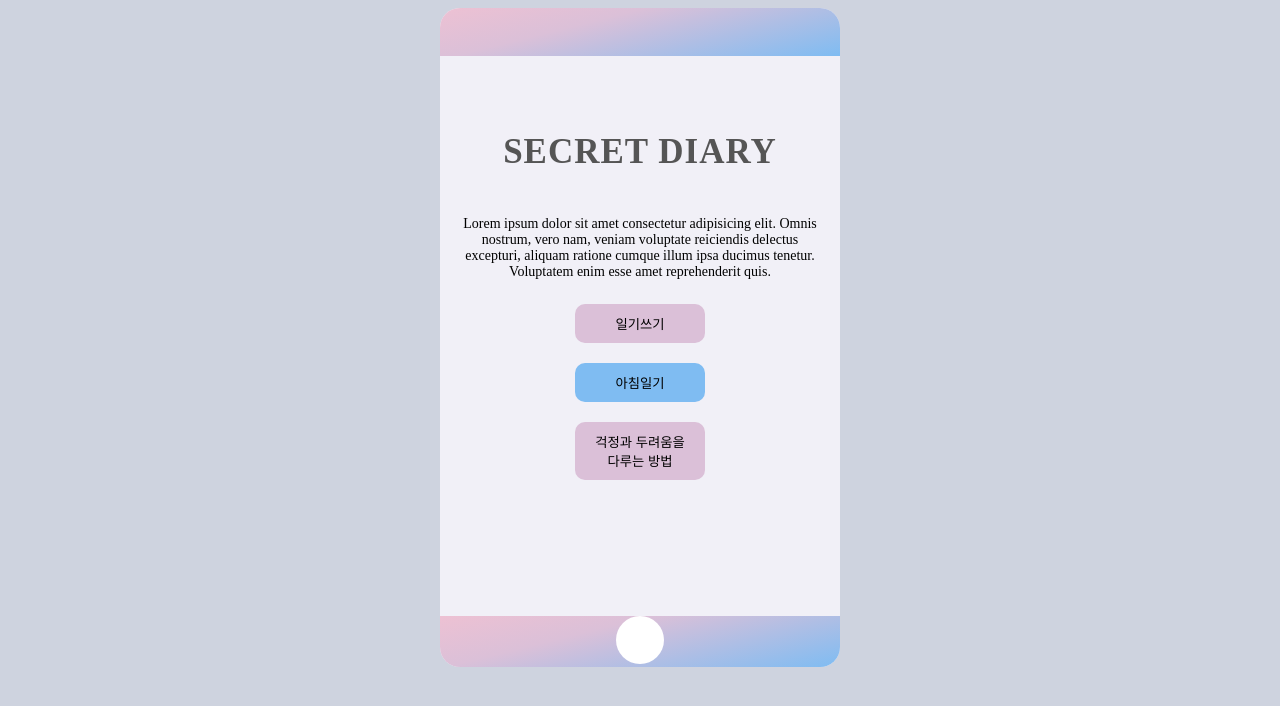
Repository: jinhee196/diary
Page: index.html
The author's editor kept a copy of each file at every save. The page is drawn from the files as they stood at one save, then again after the next save.
The browser window is 1280 px wide. The pictures show the whole page.

Above is the page before, as saved 2021-06-04 13:53:43.

### index.html
<!DOCTYPE html>
<html lang="ko">
<head>
    <meta charset="UTF-8">
    <meta http-equiv="X-UA-Compatible" content="IE=edge">
    <meta name="viewport" content="width=device-width, initial-scale=1.0">
    <title>secret Note</title>
    <link rel="stylesheet" href="style.css">
</head>
<body>
  <div class="container">
      <header class="header"></header>

      <section id="main">
        <h1 class="title">SECRET DIARY</h1>
        <p class="main__desc">Lorem ipsum dolor sit amet consectetur adipisicing elit.
           Omnis nostrum, vero nam, veniam voluptate reiciendis delectus excepturi,
          aliquam ratione cumque illum ipsa ducimus tenetur. Voluptatem enim esse amet reprehenderit quis.</p>
        <button class="note1">일기쓰기</button>
        <button class="note2">아침일기</button>
        <button class="note3">걱정과 두려움을 <br>다루는 방법</button>
      </section>

      <section id="morning">
        <p class="desc">Lorem ipsum dolor sit amet, </p>
        <ul class="items">
          <li class="item">test</li>
          <li class="item-sub">subtest</li>
          <li class="item">test</li>
          <li class="item">글자수에 따라 컨텐츠너비 변하겐</li>
          <li class="item-sub">subtest</li>
          <li class="item-sub">subtest</li>
          <li class="item">가변길이</li>
          <li class="item-sub">subtest</li>
          <li class="item-sub">subtest</li>
          <li class="item-sub">subtest</li>
        </ul>
        <div class="message">
        <input type="text" class="footer__input" />
        <button class="footer__submit">보내기</button>
        </div>
    </section>

    <footer class="footer">

      <button class="footer__button">
         <i class="fas fa-plus"></i>
       </button>
     </footer>
  </div>
</body>
</html>

### style.css
* {
  box-sizing: border-box;
}
ul {
  padding: 0;
}

button {
  outline: none;
  background: transparent;
  border: none;
  cursor: pointer;
}
body {
  background-color: #ced3df;
  text-align: center;
}

section {
  height: 560px;
}
.container {
  width: 400px;
  margin: auto;
  background-color: #f1f0f7;
  border-radius: 20px;
}

.header {
  height: 48px;
  padding: 8px;
  font-size: 24px;
  background: rgba(237, 193, 211);

  background: linear-gradient(
    166deg,
    rgba(237, 193, 211, 1) 0%,
    rgba(219, 192, 216, 1) 35%,
    rgba(127, 188, 242, 1) 100%
  );
  border-radius: 20px 20px 0 0;
  color: #fff;
}

#main {
  display: flex;
  flex-direction: column;
  justify-content: center;
  align-items: center;
}
.title {
  letter-spacing: 1px;
  font-size: 35px;
  margin-top: -50px;
  color: #555;
}
.main__desc {
  padding: 0 20px;
  font-size: 14px;
}
#main button {
  width: 130px;
  padding: 10px 15px;
  margin: 10px 0;
  border-radius: 10px;
}
.note1 {
  background-color: rgba(219, 192, 216, 1);
}
.note2 {
  background-color: rgba(127, 188, 242, 1);
}
.note3 {
  background-color: rgba(219, 192, 216, 1);
}

#morning {
  display: none;
}
.desc {
  width: 370px;
  height: 60px;
  font-size: 11px;
  text-align: left;
  padding: 15px 30px;
  margin: 15px auto 0;
  background-color: #fff;
  border-radius: 5px;
}
.items {
  height: 500px;
  overflow-y: auto;
  margin: 0;
}

.item {
  padding: 8px 15px;
  margin: 10px;
  border-radius: 15px;
  background: rgba(237, 193, 211);
  display: inline-block;
  float: left;
  clear: both;
}
.item-sub {
  padding: 8px 15px;
  margin: 10px;
  border-radius: 15px;
  background: rgba(127, 188, 242, 1);
  display: inline-block;
  float: right;
  clear: both;
}

.footer {
  background: rgba(237, 193, 211);

  background: linear-gradient(
    166deg,
    rgba(237, 193, 211, 1) 0%,
    rgba(219, 192, 216, 1) 35%,
    rgba(127, 188, 242, 1) 100%
  );
  border-radius: 0 0 20px 20px;
}
.message {
  width: 100%;
}
.footer__input {
  width: 88%;
  height: 32px;
  border: none;
  outline: none;
  font-size: 14px;
  font-weight: 400;
  padding: 0 16px;
  float: left;
  border-top: 1px solid rgba(237, 193, 211);
}

.footer__submit {
  width: 12%;
  height: 32px;
  float: right;
  background-color: rgba(237, 193, 211);
  font-size: 11px;
  padding: 0;
}
.footer__button {
  width: 48px;
  height: 48px;
  background-color: #fff;
  border-radius: 50%;
  color: #fff;
  font-size: 28px;
  transition: transform 300ms ease-in;
}

.footer__button:hover {
  transform: scale(1.1);
}

After the next save:
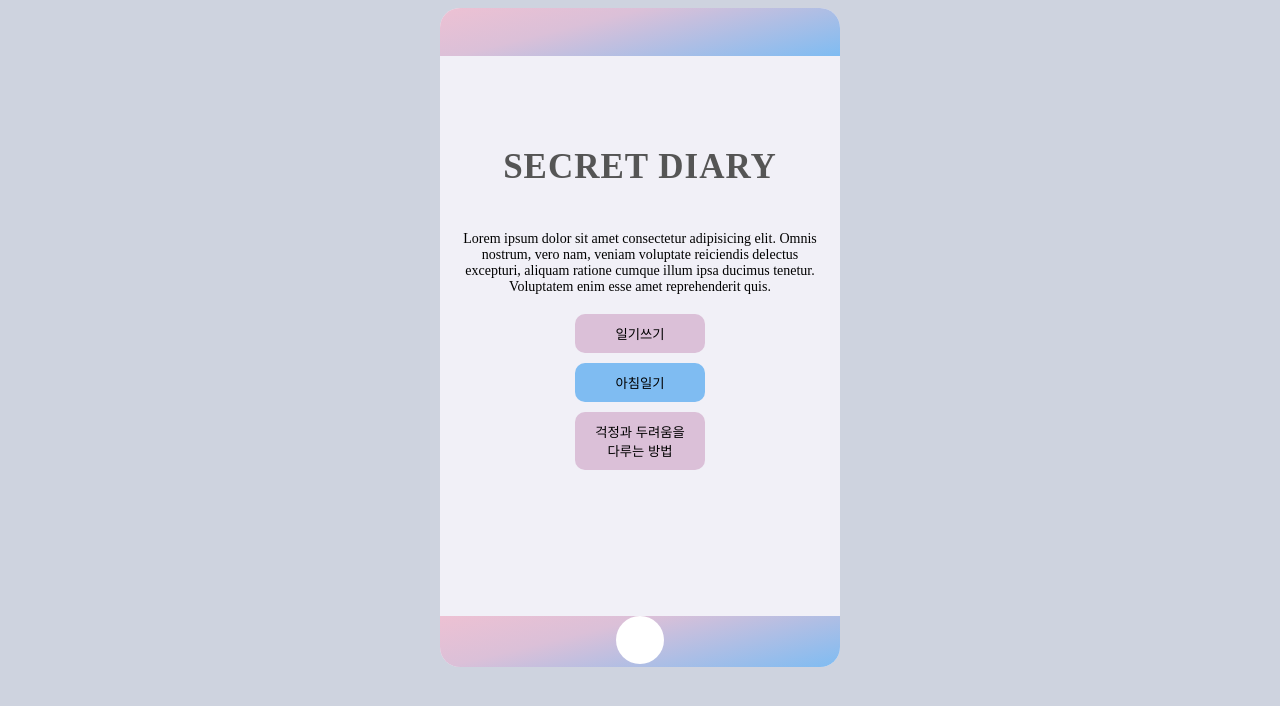
Saved 7 s later.
--- a/style.css
+++ b/style.css
@@ -61,7 +61,7 @@ section {
 #main button {
   width: 130px;
   padding: 10px 15px;
-  margin: 10px 0;
+  margin: 5px 0;
   border-radius: 10px;
 }
 .note1 {
